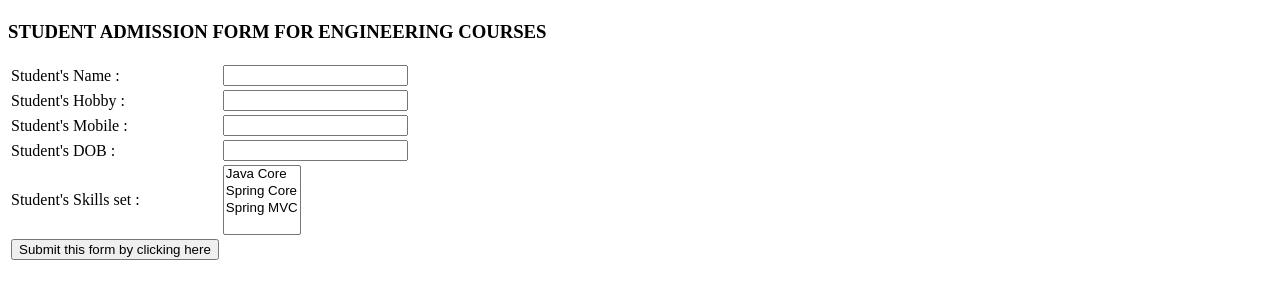
Repository: anujsachan89/Spring-MVC
Page: http://localhost/SpringMVC10/WEB-INF/jsp/AdmissionForm.jsp
The author's editor kept a copy of each file at every save. The page is drawn from the files as they stood at one save, then again after the next save.
The browser window is 1280 px wide. The pictures show the whole page.
The page is served by Tomcat 9. Nobody is signed in. Other server files are loaded and not shown. The template is opened directly, without the code that normally fills it, so the values that code supplies are empty.

Above is the page before, as saved 2017-02-04 09:37:01.

### Spring-MVC workspace/SpringMVC10/src/main/webapp/WEB-INF/jsp/AdmissionForm.jsp
<%@ page language="java" contentType="text/html; charset=UTF-8"
	pageEncoding="UTF-8"%>
<!DOCTYPE html PUBLIC "-//W3C//DTD HTML 4.01 Transitional//EN" "http://www.w3.org/TR/html4/loose.dtd">
<html>
<head>
<meta http-equiv="Content-Type" content="text/html; charset=UTF-8">
<title>Insert title here</title>
</head>
<body>

	<h1>${headerMessage}</h1>

	<h3> STUDENT ADMISSION FORM FOR ENGINEERING COURSES</h3>

	<form action="submitAdmissionForm" method="post">

		<table>
		<tr>
			<td>Student's Name : </td><td>        <input type="text" name="studentName" /></td>
		</tr>
		<tr>
			<td>Student's Hobby : </td><td>       <input type="text" name="studentHobby" /></td>
		</tr>

			<tr>
			<td>Student's Mobile : </td><td>      <input type="text" name="studentMobile" /></td>
		</tr>
		<tr>
			<td>Student's DOB : </td><td>     	   <input type="text" name="studentDOB" /></td>
		</tr>
		<tr>
			<td>Student's Skills set :</td><td>    <select name="studentSkills" multiple>
													<option value="Java Core">Java Core</option>
													<option value="Spring Core">Spring Core</option>
													<option value="Spring MVC">Spring MVC</option>
													</select><td>
		</tr>

		<tr><td><input type="submit" value="Submit this form by clicking here" /></td></tr>

		</table>

	</form>

</body>
</html>

After the next save:
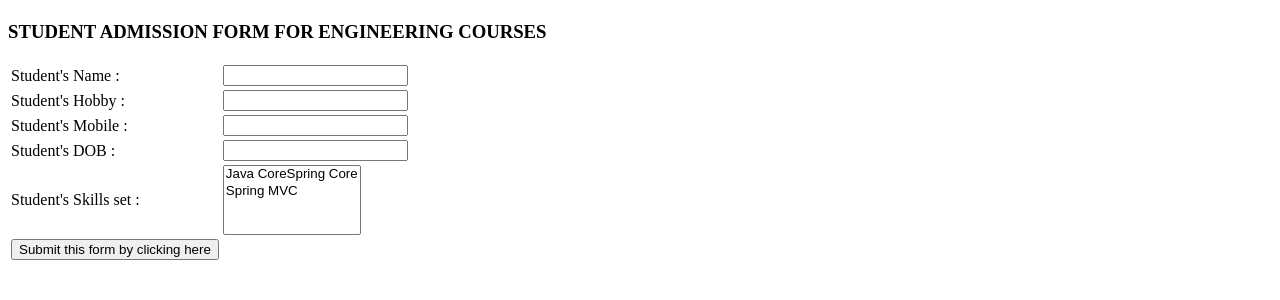
Saved 18 min 48 s later.
--- a/Spring-MVC workspace/SpringMVC10/src/main/webapp/WEB-INF/jsp/AdmissionForm.jsp
+++ b/Spring-MVC workspace/SpringMVC10/src/main/webapp/WEB-INF/jsp/AdmissionForm.jsp
@@ -30,9 +30,9 @@
 		</tr>
 		<tr>
 			<td>Student's Skills set :</td><td>    <select name="studentSkills" multiple>
-													<option value="Java Core">Java Core</option>
-													<option value="Spring Core">Spring Core</option>
-													<option value="Spring MVC">Spring MVC</option>
+													<option value="Java Core">Java Core</
+													<option value="Spring Core">Spring Core
+													<option value="Spring MVC">Spring MVC</
 													</select><td>
 		</tr>
 
